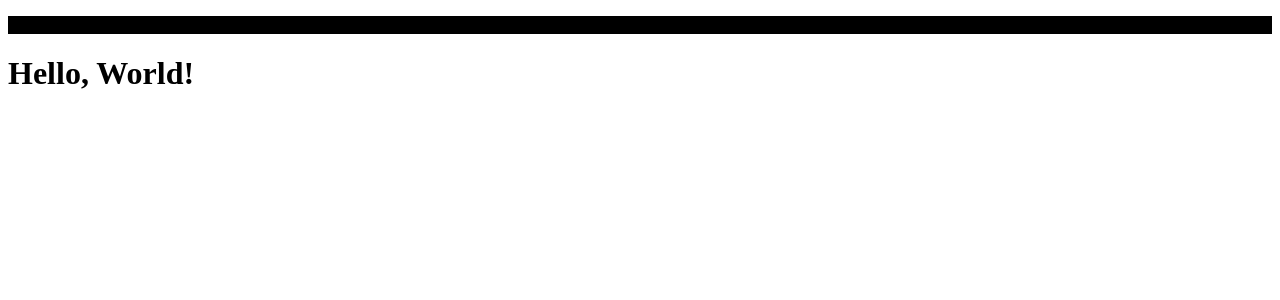
Repository: AndreaGuastaferro/Repository_Andrea_Guastaferro_Front
Page: cartella_html/NUOVO_HTML/ProgettoFinale.html
The author's editor kept a copy of each file at every save. The page is drawn from the files as they stood at one save, then again after the next save.
The browser window is 1280 px wide. The pictures show the whole page.

Above is the page before, as saved 2018-10-22 15:32:37.

After the next save:
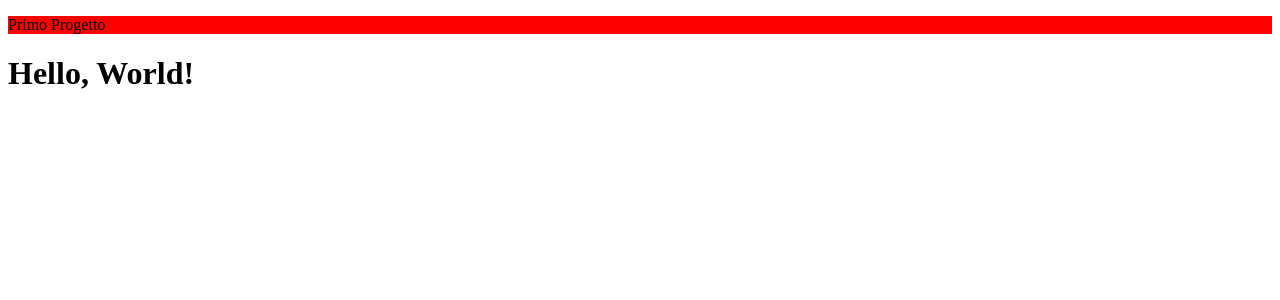
Saved 99 s later.
--- a/cartella_html/NUOVO_HTML/ProgettoFinale.css
+++ b/cartella_html/NUOVO_HTML/ProgettoFinale.css
@@ -1,6 +1,6 @@
 @charset "ISO-8859-1";
 header {
-	background-color: black;
+	background-color: #FF0000;
   height:5%;
 }
 head{
